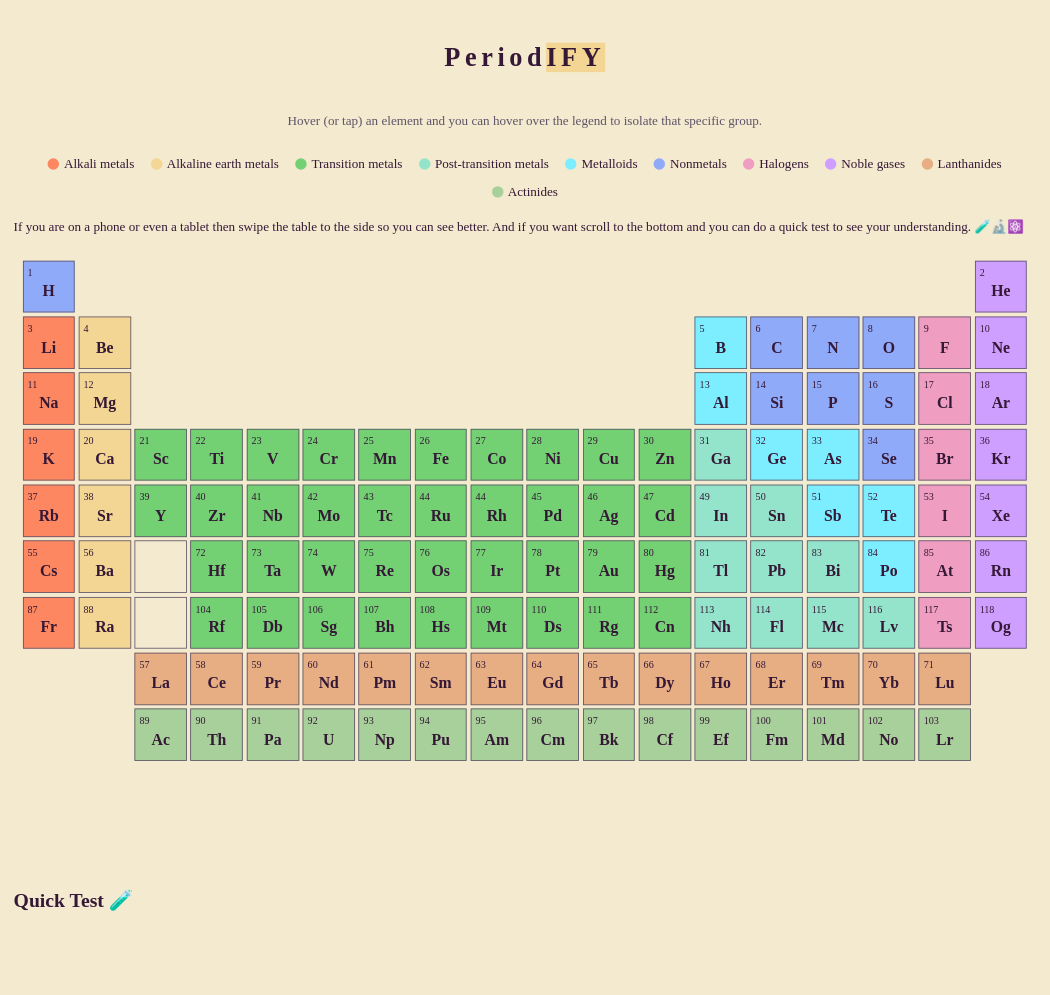
Repository: manayparikh1/Periodify
Page: index.html
The author's editor kept a copy of each file at every save. The page is drawn from the files as they stood at one save, then again after the next save.
The browser window is 1280 px wide. The pictures show the whole page, at 82% of full size.

Above is the page before, as saved 2026-10-19 19:57:25.

After the next save:
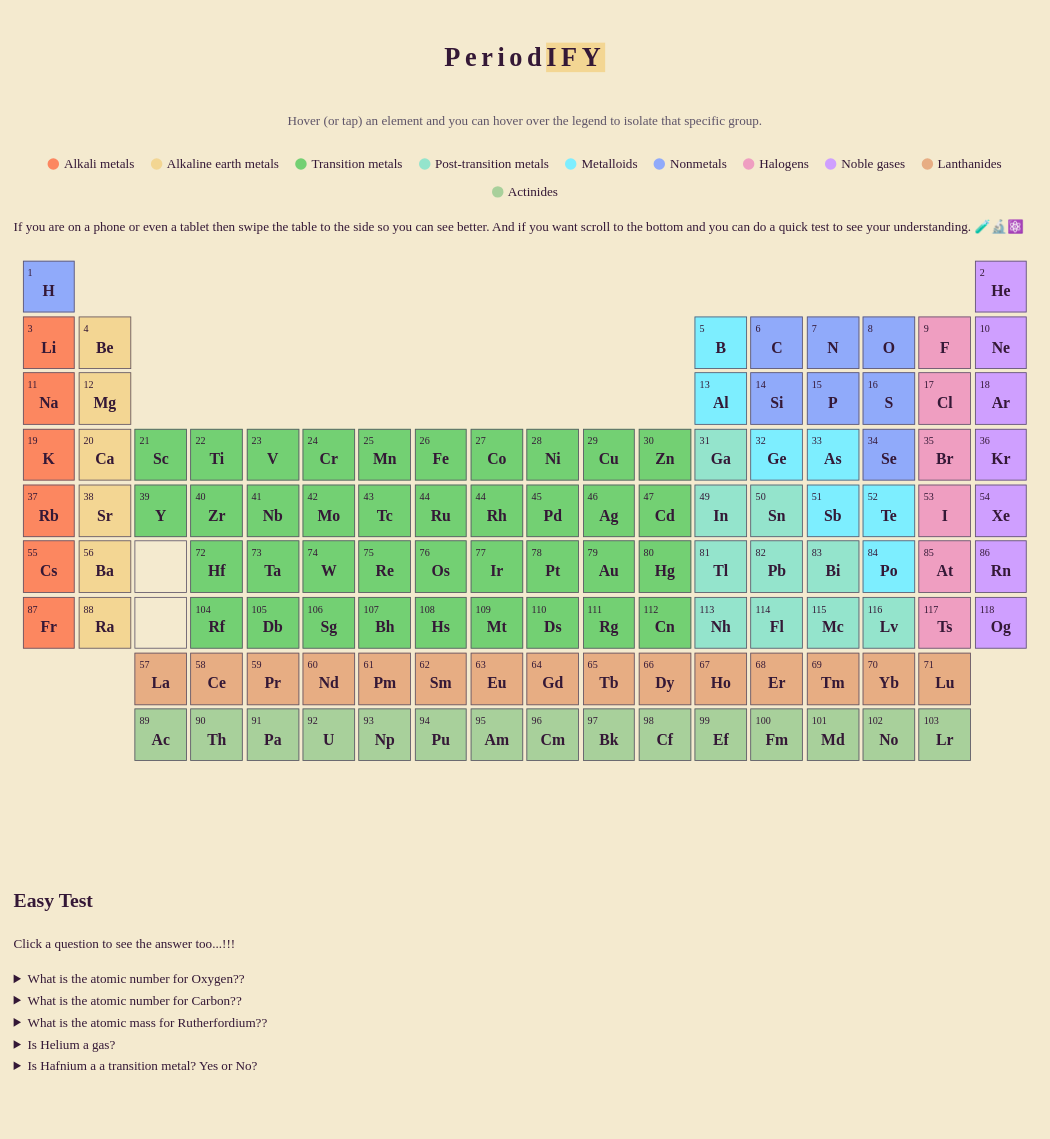
Saved 8 min 49 s later.
--- a/index.html
+++ b/index.html
@@ -30,6 +30,7 @@
         if you want scroll to the bottom and you can do a quick test to see your understanding. 🧪🔬⚛️</p>
     <div class="scroll">
         <div class="table">
+
 
             <!-- The first period -->
             <div class="el nm" tabindex="0"><i>1</i><b>H</b><span>Hydrogen<br>Atomic mass = 1.008</span></div>
@@ -174,14 +175,32 @@
         </div>
     </div>
 
-    <!-- === The quiz part === -->
-    <section class="quiz">
-        <h2>Quick Test 🧪</h2>
-        <p id="quiz-q"></p>
-        <div id="quiz-choices"></div>
-        <p id="quiz-feedback"></p>
-        <button id="quiz-next" hidden>Next question</button>
-        <p id="quiz-score"></p>
+
+    <!-- the quiz section with around 8 questions-->
+    <section class="Quiz">
+        <h2>Easy Test</h2>
+        <p>Click a question to see the answer too...!!!</p>
+
+        <details>
+            <summary>What is the atomic number for Oxygen??</summary>
+            <p>The atomic number for Oxygen is 8.</p>
+        </details>
+        <details>
+            <summary>What is the atomic number for Carbon??</summary>
+            <p>The atomic number for Carbon is 6.</p>
+        </details>
+        <details>
+            <summary>What is the atomic mass for Rutherfordium??</summary>
+            <p>The atomic mass for Rutherfordium is 261.00.</p>
+        </details>
+        <details>
+            <summary>Is Helium a gas?</summary>
+            <p>Yes Helium is a gas.</p>
+        </details>
+        <details>
+            <summary>Is Hafnium a a transition metal? Yes or No?</summary>
+            <p>Yes Hafnium is a transition metal.</p>
+        </details>
     </section>
 
     <!-- the HTML ENDS here and css starts=== -->
